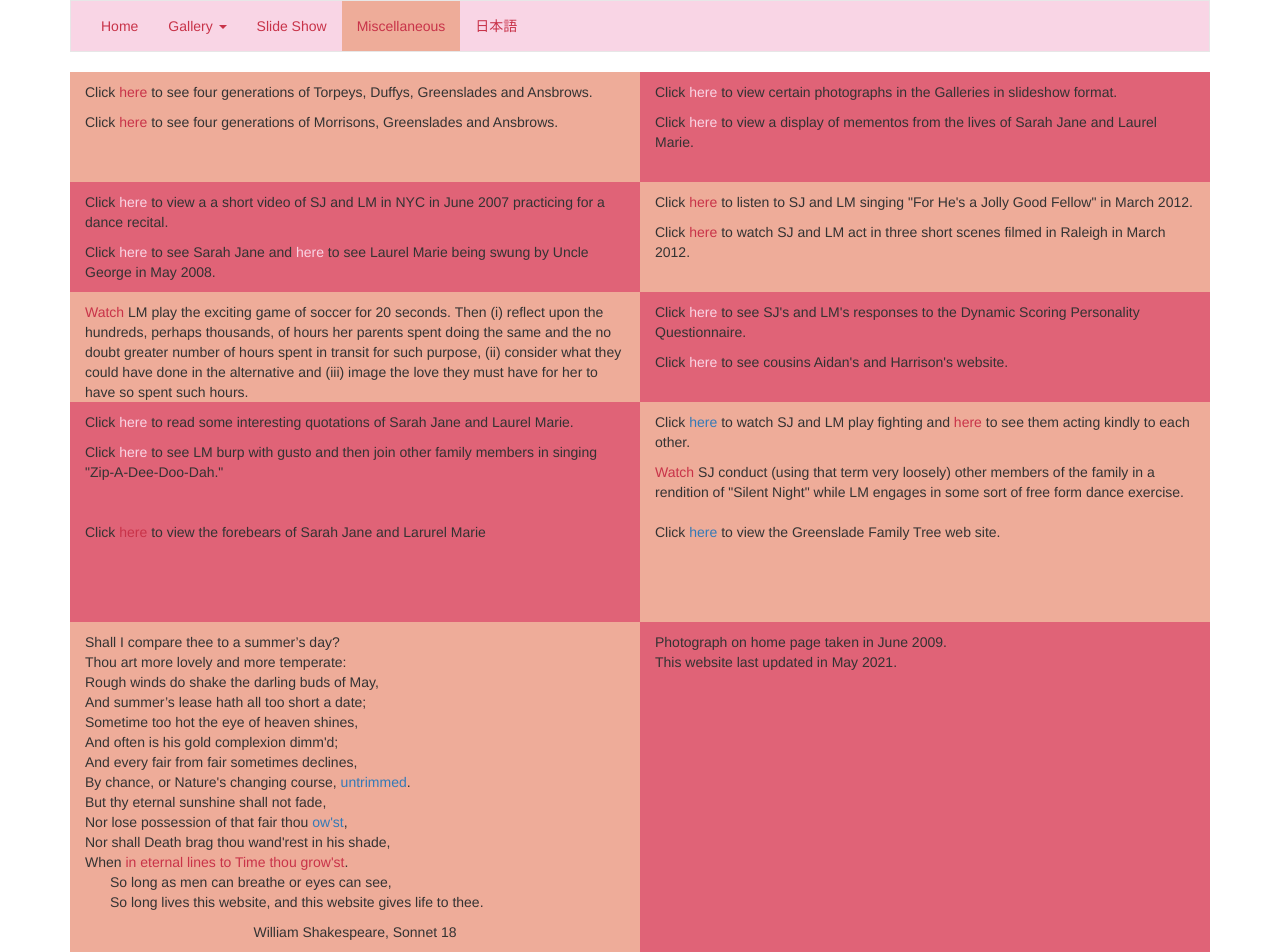
Repository: George2916/Sarah-Jane-and-Laurel-Marie
Page: misc.html
The author's editor kept a record of every edit. The page is drawn from the files as they stood at one moment, then again after the next edit.
The browser window is 1280 px wide. The pictures show the whole page.

Above is the page before.
Console error: TypeError: Cannot read properties of null (reading 'style')

### misc.html
<!DOCTYPE html>
<html>
<head>

    <meta charset="utf-8">
    <meta http-equiv="X-UA-Compatible" content="IE-edge">
    <meta name="viewport" content="width=device-width, initial-scale=1">
    <!--[if lt IE 9]
<script src="https://oss.maxcdn.com/html5shiv/3.7.2/html5shiv.min.js"></script>
<script src="https://oss.maxcdn.com/respond/1.4.2/respond.min.js"></script>
<![endif]-->

  <title>Miscellaneous</title>

    <link rel="stylesheet" type="text/css" href="css/bootstrap.css">
    <link rel="stylesheet" type="text/css" href="css/mystyle.css">
    <link href="https://fonts.googleapis.com/css?family=Permanent+Marker" rel="stylesheet">


</head>

<body>

<div class="container">

    <!-- collapsing navbar -->

    <nav class="navbar navbar-default">
    <div class="navbar-header">
        <button type="button" class="navbar-toggle" data-toggle="collapse" data-target="#myNavbar"><span class="glyphicon glyphicon-menu-hamburger"></span></button>

    </div>

    <div class="collapse navbar-collapse" id="myNavbar">
        <ul class="nav navbar-nav">
            <li class="DDDD"><a class="home" href="index.html">Home</a></li>
            <li class="dropdown DDDD"><a class="active dropdown-toggle gallery-0" data-toggle="dropdown" href="#">Gallery <span class="caret"></span></a>
                <ul class="dropdown-menu">
                   <li><a class="gallery-1" href="gallery1.html">Gallery - Jan. 2001 / Feb. 2004</a></li>
                    <li><a class="gallery-2" href="gallery2.html">Gallery - Feb. 2004 / Dec. 2006</a></li>
                    <li><a class="gallery3" href="gallery3.html">Gallery - June 2007 / Nov. 2008</a></li>
                    <li><a class="gallery4" href="gallery4.html">Gallery - Nov. 2008 / Sept. 2009</a></li>
                </ul>
            </li>
            <li class="DDDD"><a class="slideshow" href="slideshow.html">Slide Show</a></li>
            <li class="active non-drop DDDD miscellaneous"><a class="misc" href="misc.html">Miscellaneous</a></li>
            <li class="DDDD"><a href="misc-jap.html">日本語</a></li>
        </ul>
    </div>
    </nav>


      <div id="misc-background">

        <div class="row  noPad">

            <div class="col-sm-6 color1 box1">
                <p>Click <a class="misc-link-1 AAA" href="familytreeT.html">here</a> to see four generations of Torpeys, Duffys, Greenslades and Ansbrows.</p>
                <p>Click <a class="misc-link-1 AAA" href="familytreeM.html">here</a> to see four generations of Morrisons, Greenslades and Ansbrows.</p>
            </div>



            <div class="col-sm-6 color2 box2">
                <p>Click <a class="misc-link-2 AAA" href="slideshow2.html">here</a> to view certain photographs in the Galleries in slideshow format.</p>
                <p>Click <a class="misc-link-2 AAA" href="flippablePhotos.html">here</a> to view a display of mementos from the lives of Sarah Jane and Laurel Marie.</p>
            </div>


        </div>

        <div class="row  noPad">

            <div class="col-sm-6 color2 box3">
                <p>Click <a class="misc-link-3 AAA" href="https://www.youtube.com/watch?v=NwOyJzJh9Wc">here</a> to view a a short video of SJ and LM in NYC in June 2007 practicing for a dance recital.</p>
                <p>Click <a class="misc-link-3 AAA" href="https://www.youtube.com/watch?v=lUZmNCm3aWA">here</a> to see Sarah Jane and <a class="misc-link-3 AAA" href="https://www.youtube.com/watch?v=WP3CQZRvERk">here</a> to see Laurel Marie being swung by Uncle George in May 2008.</p>
            </div>



            <div class="col-sm-6 color1 box4">
                <p>Click <a class="misc-link-4 AAA" href="https://www.youtube.com/watch?v=_l0FIXjZr1M">here</a> to listen to SJ and LM singing "For He's a Jolly Good Fellow" in March 2012.</p>
                <p>Click <a class="misc-link-4 AAA" href="https://www.youtube.com/watch?v=VaALOcjoOfE">here</a> to watch SJ and LM act in three short scenes filmed in Raleigh in March 2012.</p>
            </div>


        </div>

        <div class="row noPad">

            <div class="col-sm-6 color1 box5">
                 <p><a class="misc-link-5 AAA" href="https://www.youtube.com/watch?v=pcceURS1TcA">Watch</a> LM play the exciting game of soccer for 20 seconds. Then (i) reflect upon the hundreds, perhaps thousands, of hours her parents spent doing the same and the no doubt greater number of hours spent in transit for such purpose, (ii) consider what they could have done in the alternative and (iii) image the love they must have for her to have so spent such hours.</p>
            </div>



            <div class="col-sm-6 color2 box6">
                <p>Click <a class="misc-link-6 AAA" href="questionnaire.html">here</a> to see SJ's and LM's responses to the Dynamic Scoring Personality Questionnaire.</p>
                <p>Click <a class="misc-link-6 AAA" href="https://george2916.github.io" >here</a> to see cousins Aidan's and Harrison's website.</p>

            </div>



        </div>

        <div class="row  noPad">

            <div class="col-sm-6 color2 box7">
                <p>Click <a class="misc-link-7 AAA" href="quotes.html">here</a> to read some interesting quotations of Sarah Jane and Laurel Marie.</p>
                <p>Click <a class="misc-link-3 AAA" href="https://youtu.be/i4otdVIbA44">here</a> to see LM burp with gusto and then join other family members in singing "Zip-A-Dee-Doo-Dah."</p>
            </div>


            <div class="col-sm-6 color1 box8">
                <p>Click <a class="misc-link-8 AAA" href="https://youtu.be/OAZ1_f3dj48">here</a> to watch SJ and LM play fighting and <a class="misc-link-4 AAA" href="https://youtu.be/zzMhVbymAOA">here</a> to see them acting kindly to each other.</p>
                <p><a class="misc-link-4 AAA" href="https://youtu.be/t_HujAmd91A">Watch</a> SJ conduct (using that term very loosely) other members of the family in a rendition of "Silent Night" while LM engages in some sort of free form dance exercise.</p>
            </div>


        </div>

        <div class="row  noPad">

            <div class="col-sm-6 color2 box9">
                <p>Click <a class="misc-link-9 AAA" href="ancestors.html">here</a> to view the forebears of Sarah Jane and Larurel Marie</p>
            </div>


            <div class="col-sm-6 color1 box10">
                <p>Click <a class="misc-link-10 AAA" href="https://youtu.be/OAZ1_f3dj48">here</a> to view the Greenslade Family Tree web site.</p>
        </div>


        </div>

        <div class="row  noPad">

            <div class="col-sm-6 color1 box11 englishShakespeare">
                <p>Shall I compare thee to a summer’s day?<br>
				Thou art more lovely and more temperate:<br>
				Rough winds do shake the darling buds of May,<br>
				And summer’s lease hath all too short a date;<br>
				Sometime too hot the eye of heaven shines,<br>
				And often is his gold complexion dimm'd;<br>
				And every fair from fair sometimes declines,<br>
                By chance, or Nature's changing course, <a class="misc-link-11 AAA" href="untrimmed.html">untrimmed</a>.<br>
                But thy eternal sunshine shall not fade,<br>
                Nor lose possession of that fair thou <a class="misc-link-11 AAA" href="owest.html">ow'st</a>,<br>
                Nor shall Death brag thou wand'rest in his shade,<br>
                When <a class="misc-link-9 AAA" href="ineternallines.html">in eternal lines to Time thou grow'st</a>.<br>
                <span class="last2lines">So long as men can breathe or eyes can see,</span><br>
                <span class="last2lines">So long lives this website, and this website gives life to thee.</span></p>
                <p style="text-align: center">William Shakespeare, Sonnet 18</p>

            </div>



            <div class="col-sm-6 color2 box12">
                <p>Photograph on home page taken in June 2009.<br>This website last updated in May 2021.</p>
            </div>

        </div>

    </div>

</div>







<script src="js/jquery-3.2.0.js"></script>
<script src="js/bootstrap.js"></script>
<script src="js/myjquery.js"></script>


</body>
</html>

Loaded but not shown: css/bootstrap.css (library); js/jquery-3.2.0.js (library); js/bootstrap.js (library); js/myjquery.js (library); css/mystyle.css (875 lines, source omitted)

After the next edit:
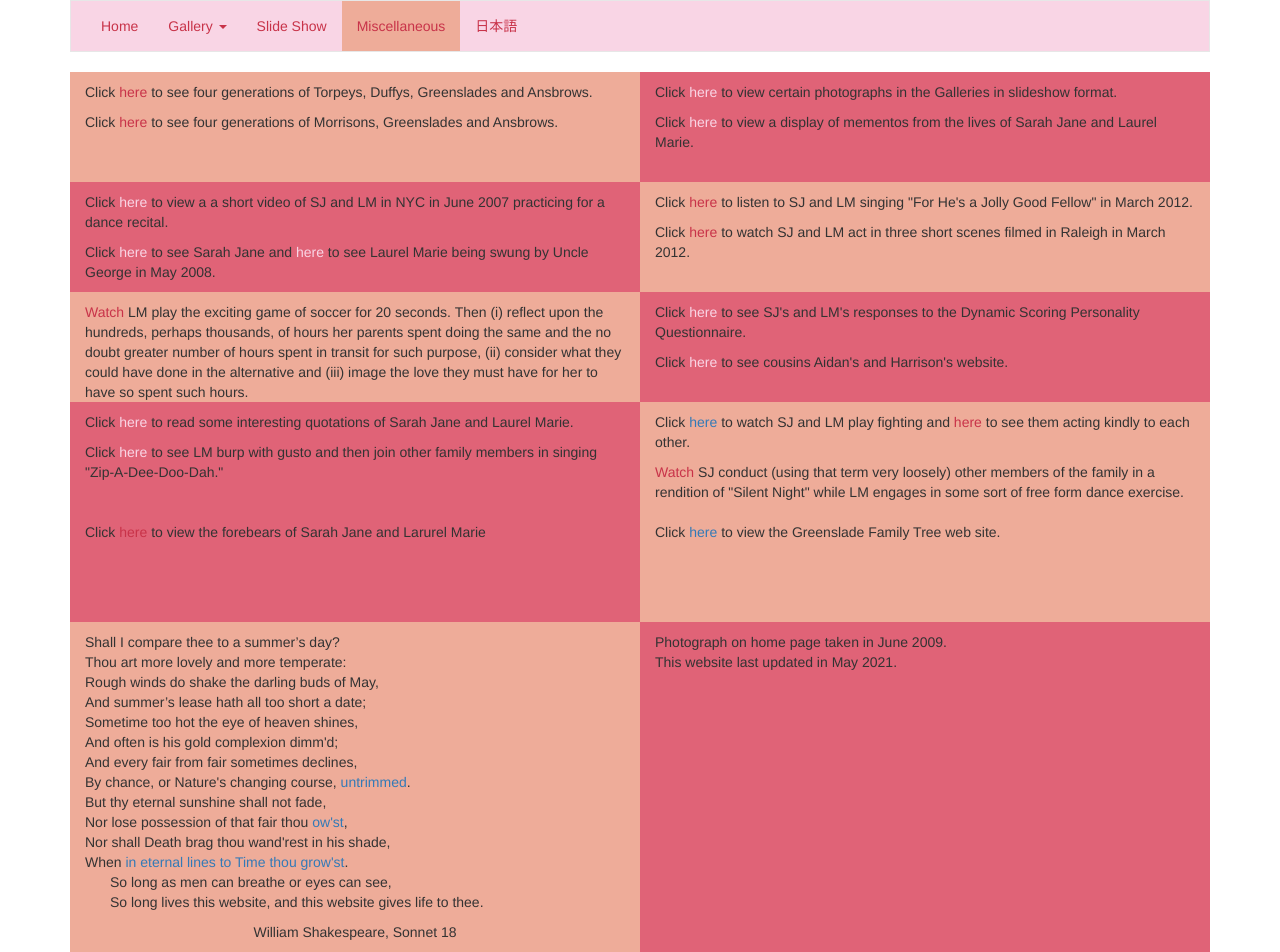
The edit:
--- a/misc.html
+++ b/misc.html
@@ -148,7 +148,7 @@
                 But thy eternal sunshine shall not fade,<br>
                 Nor lose possession of that fair thou <a class="misc-link-11 AAA" href="owest.html">ow'st</a>,<br>
                 Nor shall Death brag thou wand'rest in his shade,<br>
-                When <a class="misc-link-9 AAA" href="ineternallines.html">in eternal lines to Time thou grow'st</a>.<br>
+                When <a class="misc-link-11 AAA" href="ineternallines.html">in eternal lines to Time thou grow'st</a>.<br>
                 <span class="last2lines">So long as men can breathe or eyes can see,</span><br>
                 <span class="last2lines">So long lives this website, and this website gives life to thee.</span></p>
                 <p style="text-align: center">William Shakespeare, Sonnet 18</p>
